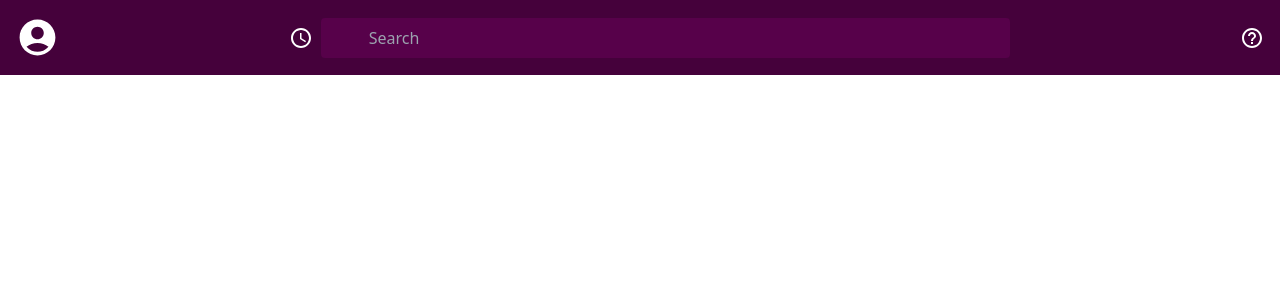
Repository: Shamraiz761/Slack_clone
Page: /
The author's editor kept a copy of each file at every save. The page is drawn from the files as they stood at one save, then again after the next save.
The browser window is 1280 px wide. The pictures show the whole page.
The project was rebuilt for these pictures with package versions that can differ from the ones it lists, and the page was loaded fresh each time. Also part of the build but not shown: vite.config.js.

Above is the page before, as saved 2024-01-14 18:22:29.

After the next save:
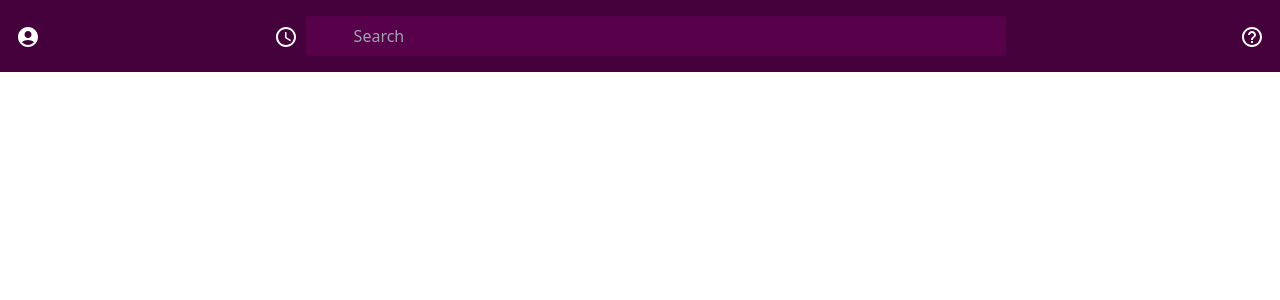
Saved 6 s later.
--- a/src/components/header/Header.jsx
+++ b/src/components/header/Header.jsx
@@ -10,7 +10,7 @@ function Header() {
 
           {/* Left logo */}
           <div className=" sm:mr-4 hidden sm:block">
-          <AccountCircleIcon className='text-white text-larger  ' style={{fontSize:'43px'}}/>
+          <AccountCircleIcon className='text-white text-larger  ' />
 
           </div>
 
